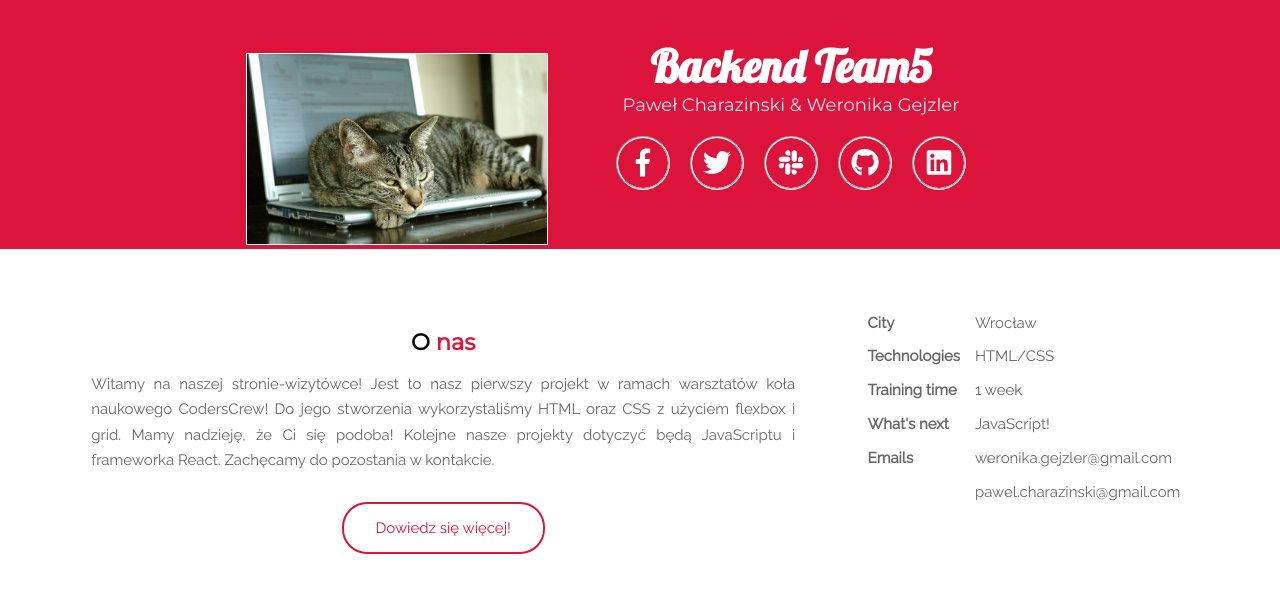
Repository: pietruszka/cc_proj1
Page: index.html
These files come from the project's save history. The page is drawn as it stood at one moment and after the next save; the edit follows.
The browser window is 1280 px wide. The pictures show the whole page.
Some web libraries are served in a nearby version.

Above is the page before, as saved 2018-11-18 21:00:55.

### index.html
<!DOCTYPE html>
<html lang="en">

<head>
    <meta charset="UTF-8">
    <meta name="viewport" content="width=device-width, initial-scale=1.0">
    <link rel="stylesheet" href="./style.css" />
    <link href="https://fonts.googleapis.com/css?family=Lobster" rel="stylesheet">
    <link href="https://use.fontawesome.com/releases/v5.0.8/css/all.css" rel="stylesheet">
    <link href="https://fonts.googleapis.com/css?family=Montserrat" rel="stylesheet">
    <link href="https://fonts.googleapis.com/css?family=Raleway" rel="stylesheet">
    <title>BackendTeam5</title>
</head>

<body>


        <div id="top">
            <div id="photo"><img id="photo1" src="people.jpg" alt=""></div>
            <div id="heading">


               <h1 id="heading1">Backend Team5</h1>
               <h2 id="heading2">Paweł Charazinski &amp; Weronika Gejzler</h2>
               <div class="nav">

                <div class="nav-item">
                    <a href="#" class="fab fa-facebook-f"></a>
                </div>
                <div class="nav-item">
                    <a href="#" class="fab fa-twitter"></a>
                </div>

                <div class="nav-item">
                    <a href="#" class="fab fa-slack"></a>
                </div>
                <div class="nav-item">
                    <a href="#" class="fab fa-github"></a>
                </div>
                <div class="nav-item">
                    <a href="#" class="fab fa-linkedin"></a>
                </div>
            </div>


            </div>

        </div>

        <div id="bottom">
            <div id="about">
<h1 id="h_about">O <span style="color:crimson">nas</span></h1>
<p id="p_about">Witamy na naszej stronie-wizytówce! Jest to nasz pierwszy projekt w ramach warsztatów koła naukowego CodersCrew! Do jego stworzenia wykorzystaliśmy HTML oraz CSS z użyciem flexbox i grid. Mamy nadzieję, że Ci się podoba! Kolejne nasze projekty dotyczyć będą JavaScriptu i frameworka React. Zachęcamy do pozostania w kontakcie.</p>
<div id="button">Dowiedz się więcej!</div>


            </div>
            <div id="details">
<table>
    <tr>
        <td class="table"><b>City</b></td>
        <td class="table">Wrocław</td>
    </tr>
    <tr>
        <td class="table"><b>Technologies</b></td>
        <td class="table">HTML/CSS</td>
    </tr>
    <tr>
        <td class="table"><b>Training time</b></td>
        <td class="table">1 week</td>
    </tr>
    <tr>
        <td class="table"><b>What's next</b></td>
        <td class="table">JavaScript!</td>
    </tr>
    <tr>
        <td class="table"><b>Emails</b></td>
        <td class="table">weronika.gejzler@gmail.com
        </td>
    </tr>
    <tr><td class="table"></td><td class="table">pawel.charazinski@gmail.com
        </td></tr>

</table>
</div>
        </div>


</div>
</body>

</html>

### style.css
body{
    margin: 0 0 1vw 0;
    font-size: 15px;


}
#top{
   display: flex;
   flex-direction: row;
   flex-wrap: wrap;
   align-items: center;
   justify-content: center;

    background-color: crimson;
    color: white;



}
#photo{
align-self: flex-end;


}
#photo1{
width: auto;
height: auto;
   max-width: 300px;
   max-height: 200px;
   border: 1px solid white;

}

#heading{

  padding: 3vw;

}

#heading1 {

    font-size: 3em;
    font-weight: 700;
        font-family: 'Lobster', cursive;
    text-align: center;
    margin:0;
   }
   #heading2 {

    font-size: 1.2em;
    font-weight: 100;
    font-family:  Montserrat;
    text-align: center;
    margin: 0%;
    opacity: 0.9;
    }

    a {
        color: white;
        text-decoration: none;

    }
    .nav {
        display: flex;
        justify-content: center;
        margin: 20px;
        flex-wrap: wrap;

    }

    .nav-item {

        animation: show 0.5s ease-in-out forwards;

        transition: all 0.3s ease-in-out;
        border-radius: 100%;
        border: groove 2px white;

        width: 50px;
        height: 50px;
        margin: 0 10px;
        display: flex;
        align-items: center;
        justify-content: center;

    }

    .nav-item:hover {
        cursor: pointer;

        opacity: 0.8;

    }

    .nav-item a:hover {

        opacity: 0.5;

    }

    .nav-item a {
        font-size: 28px;

    }

#bottom{
    display: flex;
    flex-direction: row;
    align-items: center;
    margin: 0 2vw;
     flex-wrap: wrap;
    justify-content: center;


}
#about{
   margin: 5vw 5vw 0 0;
   width: 55vw;
   text-align: center;
}
#h_about{
   font-family:  Montserrat;
    font-style: Bold;
    font-size: 1.5em;

        line-height: 29px;

}
#p_about{
   color: #666666;
   Font-Family: Raleway;
Font-Style: Regular;
text-align: justify;
Line-Height: 1.7em;

}
#button{
    margin: 1vw;
    border: 2px solid crimson;
    border-radius: 25px;
    background-color: white;
    color: crimson;

    padding: 15px 32px;
    text-align: center;
    text-decoration: none;
    display: inline-block;

    Font-Family: Raleway;
}

#button:hover {
    cursor: pointer;
    background-color: bisque;
    transform: scale(1.03);

}


#details{

    color: #666666;
    Font-Family: Raleway;
 Font-Style: Regular;

 Line-Height: 19px;
 text-Align: Left;


}
.table{
    padding: 0.5vw;

}

After the next save:
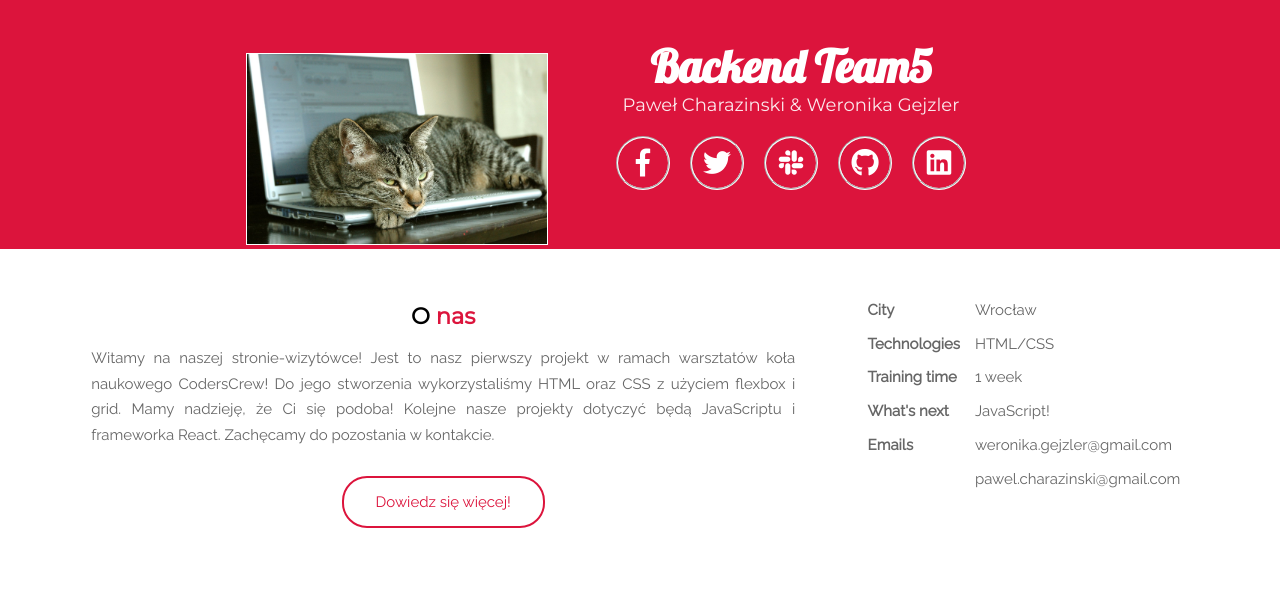
Saved 13 s later.
--- a/style.css
+++ b/style.css
@@ -114,7 +114,7 @@ height: auto;
 
 }
 #about{
-   margin: 5vw 5vw 0 0;
+   margin: 3vw 5vw 0 0;
    width: 55vw;
    text-align: center;
 }
